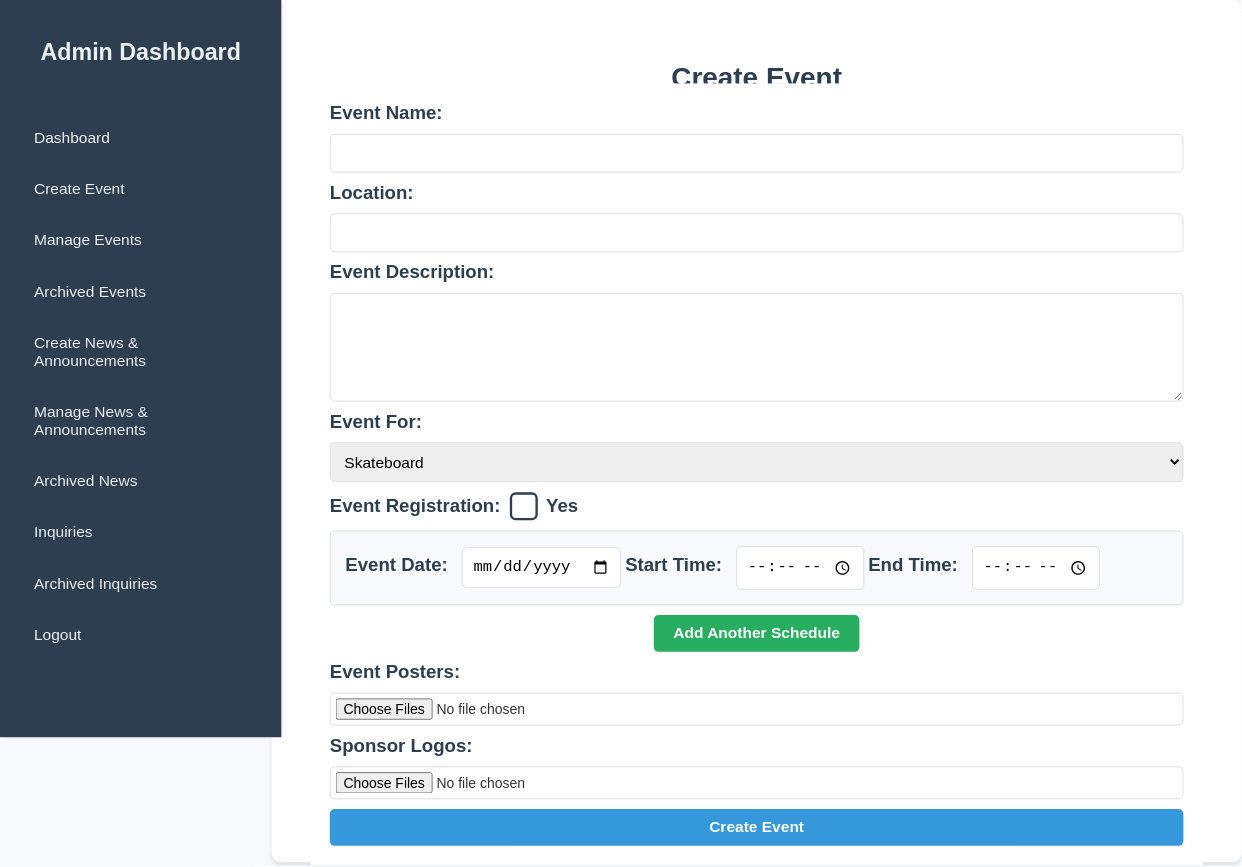
Repository: KharonKade/Capstone
Page: http://localhost/admin.html
An editor plug-in stored every save of this project. The page is shown before and after the next save, followed by the edit.
The browser window is 1280 px wide. The pictures show the whole page, at 97% of full size.
The page is run by PHP 8.4 with error messages shown; the project is at /var/www/html/.

Above is the page before, as saved 2025-04-01 13:25:35.

After the next save:
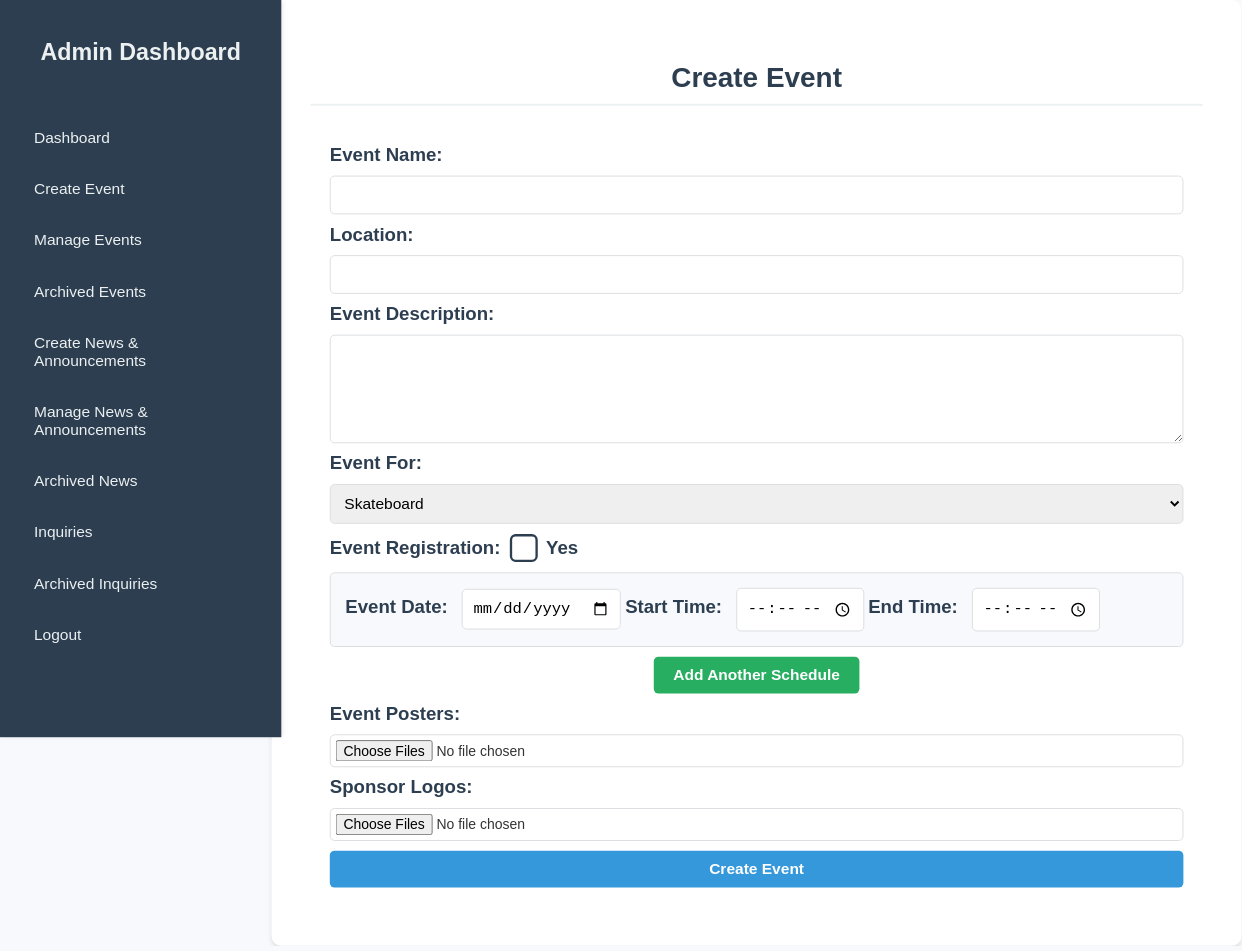
Saved 12 s later.
--- a/Css/admin.css
+++ b/Css/admin.css
@@ -79,7 +79,6 @@ body {
     display: flex;
     justify-content: center; /* Centers horizontally */
     align-items: center; /* Centers vertically */
-    height: 100vh; /* Full viewport height */
 }
 
 form {
